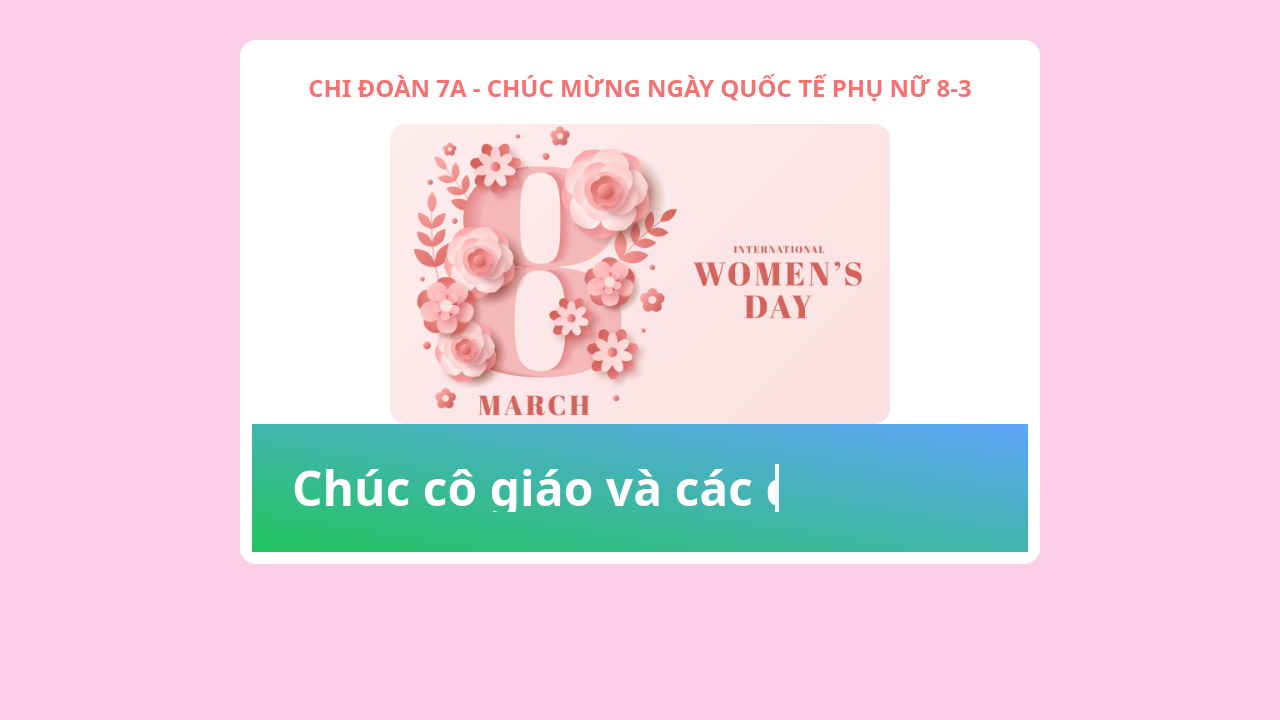
Repository: hoang0508/web-837A
Page: /
These files come from the project's save history. The page is drawn as it stood at one moment and after the next save; the edit follows.
The browser window is 1280 px wide. The pictures show the whole page.
Some web fonts or font styles are not loaded; a fallback is used. The project was rebuilt for these pictures with package versions that can differ from the ones it lists, and the page was loaded fresh each time. Also part of the build but not shown: vite.config.js.

Above is the page before, as saved 2025-02-28 18:47:41.

After the next save:
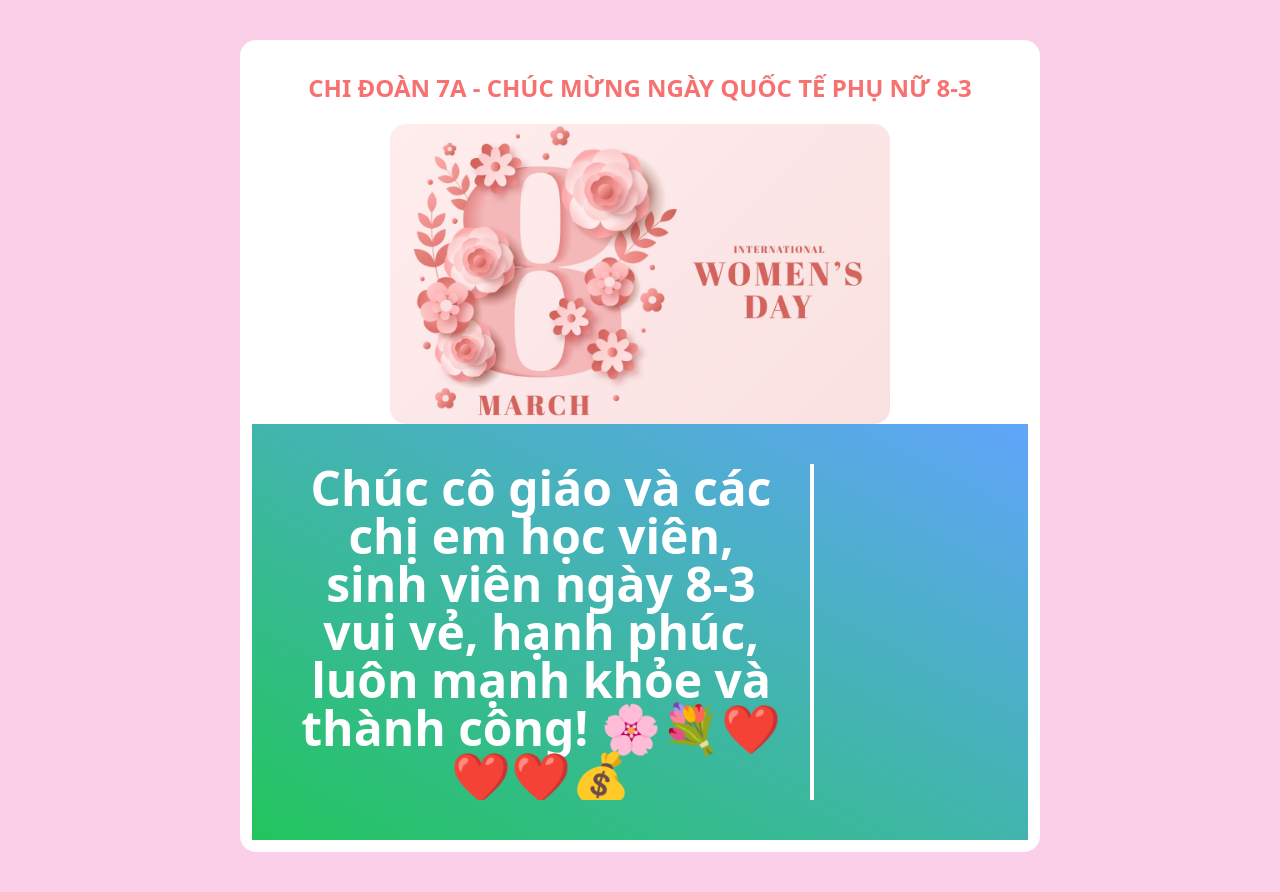
Saved 78 s later.
--- a/src/App.jsx
+++ b/src/App.jsx
@@ -23,7 +23,7 @@ function App() {
           </div>
           <div className="bg-gradient-to-tr to-blue-400 from-green-500 p-10">
             <div className="w-full text-center">
-              <h1 className="animate-typing overflow-hidden whitespace-nowrap border-r-4 border-r-white pr-5 text-5xl text-white font-bold break-words">
+              <h1 className="animate-typing overflow-hidden border-r-4 border-r-white pr-5 text-5xl text-white font-bold break-words">
                 Chúc cô giáo và các chị em học viên, sinh viên ngày 8-3 vui vẻ,
                 hạnh phúc, luôn mạnh khỏe và thành công! 🌸💐❤️❤️❤️💰
               </h1>
